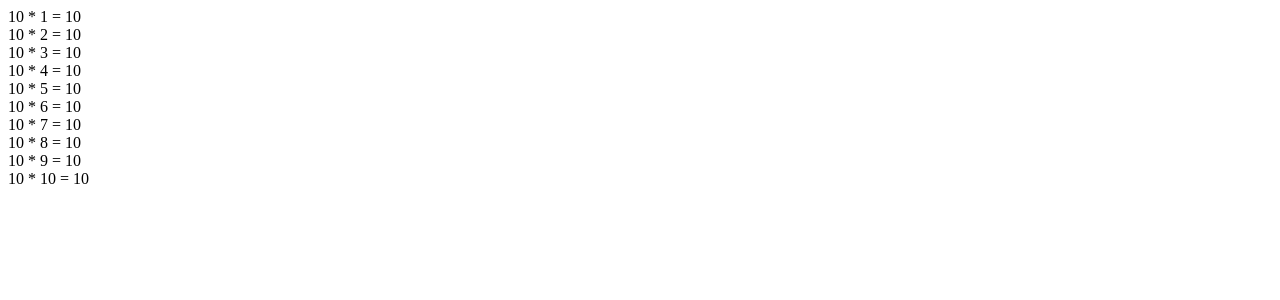
Repository: Fablilsonoliver/logica1
Page: index.html
An editor plug-in stored every save of this project. The page is shown before and after a run of saves, followed by the edit.
The browser window is 1280 px wide. The pictures show the whole page.

Above is the page before, as saved 2025-04-29 11:26:36.

After the next 2 saves:
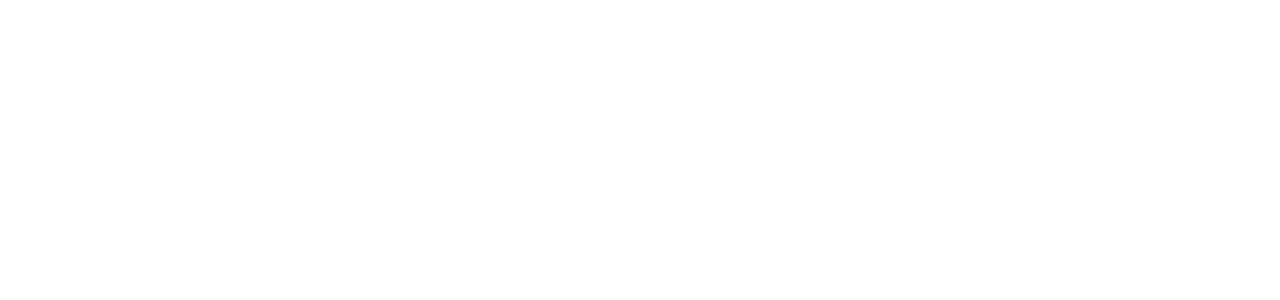
Console error: ReferenceError: Cannot access 'resultado' before initialization
The 2 saves are shown as one change because they came seconds apart.
The last was saved 74 s later.
--- a/app.js
+++ b/app.js
@@ -33,11 +33,11 @@
     let i = 1;
     let lista = [];
 
-    let resultado = numero * i;
 
     while (i <= 10) {
         lista = lista + `${numero} * ${i} = ${resultado}<br>`;
         i++;
+        let resultado = numero * i;
     }
 
     return lista;

After the 3 saves that followed:
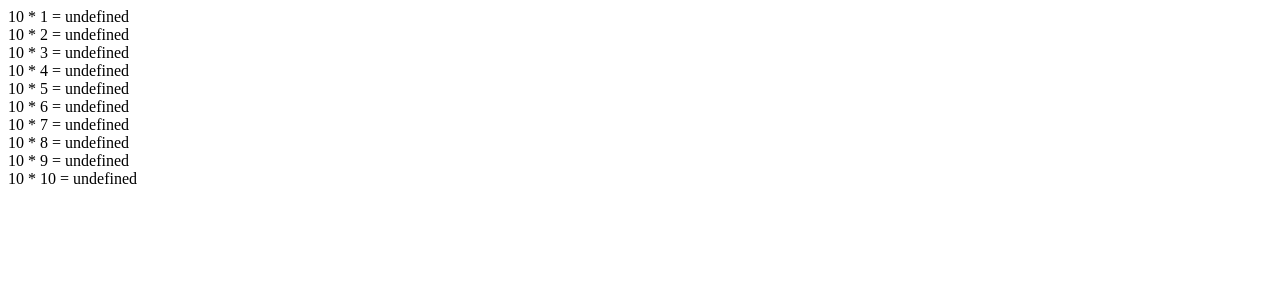
The error is gone.
The 3 saves are shown as one change because 1 left the picture as it was and some came seconds apart.
The last was saved 15 s later.
--- a/app.js
+++ b/app.js
@@ -32,12 +32,11 @@
 function tabuada(numero) {
     let i = 1;
     let lista = [];
-
+    let resultado;
 
     while (i <= 10) {
         lista = lista + `${numero} * ${i} = ${resultado}<br>`;
         i++;
-        let resultado = numero * i;
     }
 
     return lista;
